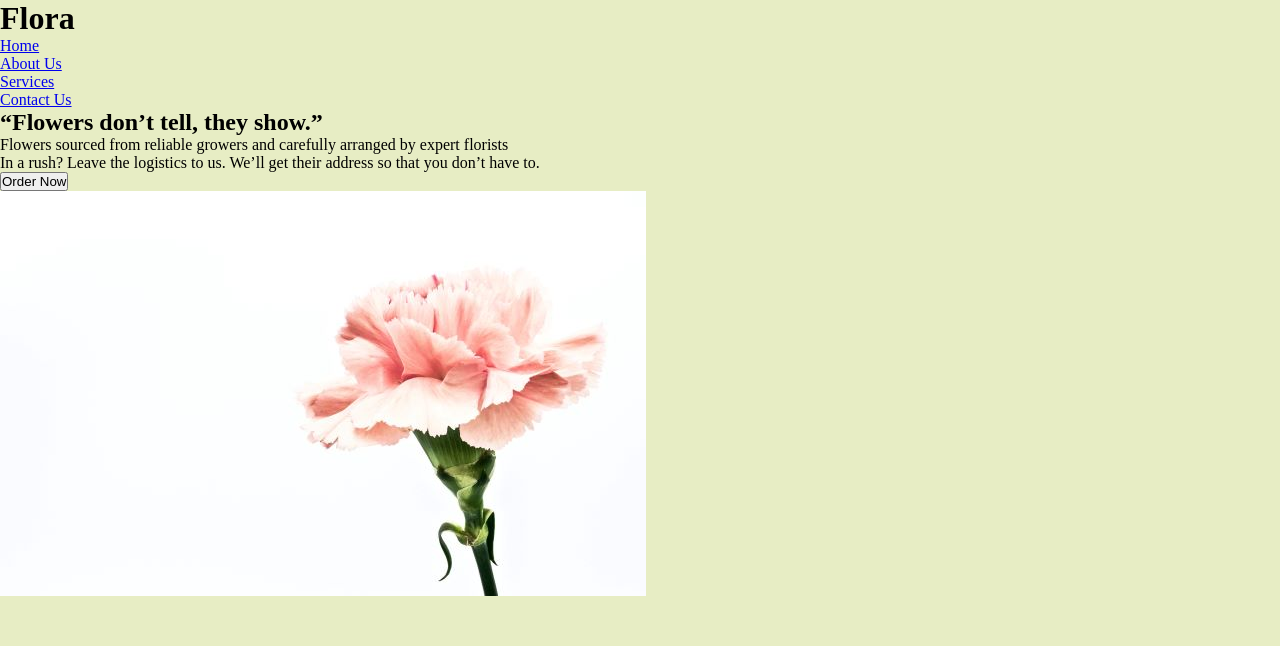
Repository: SaadYasin/test003-flex-box
Page: index.html
An editor plug-in stored every save of this project. The page is shown before and after the next save, followed by the edit.
The browser window is 1280 px wide. The pictures show the whole page.

Above is the page before, as saved 2022-10-30 15:01:17.

After the next save:
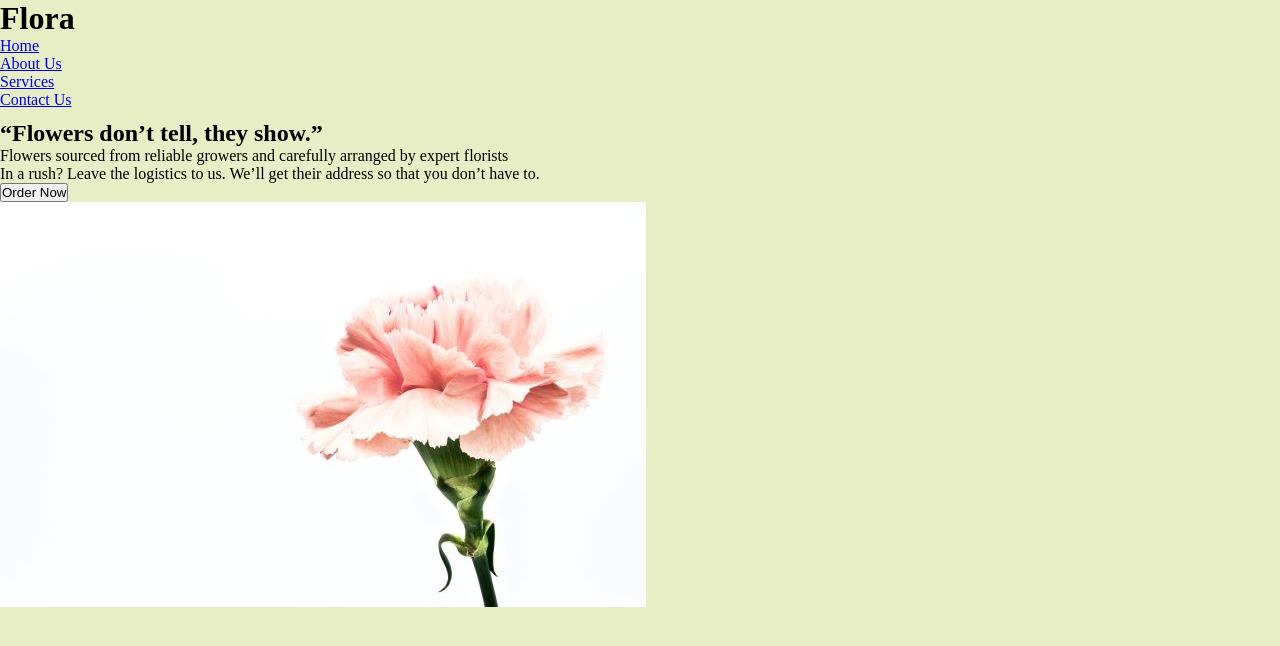
Saved 10 s later.
--- a/style.css
+++ b/style.css
@@ -9,5 +9,5 @@ body {
 }
 
 .header-container {
-  height: ;
+  height: 120px;
 }
